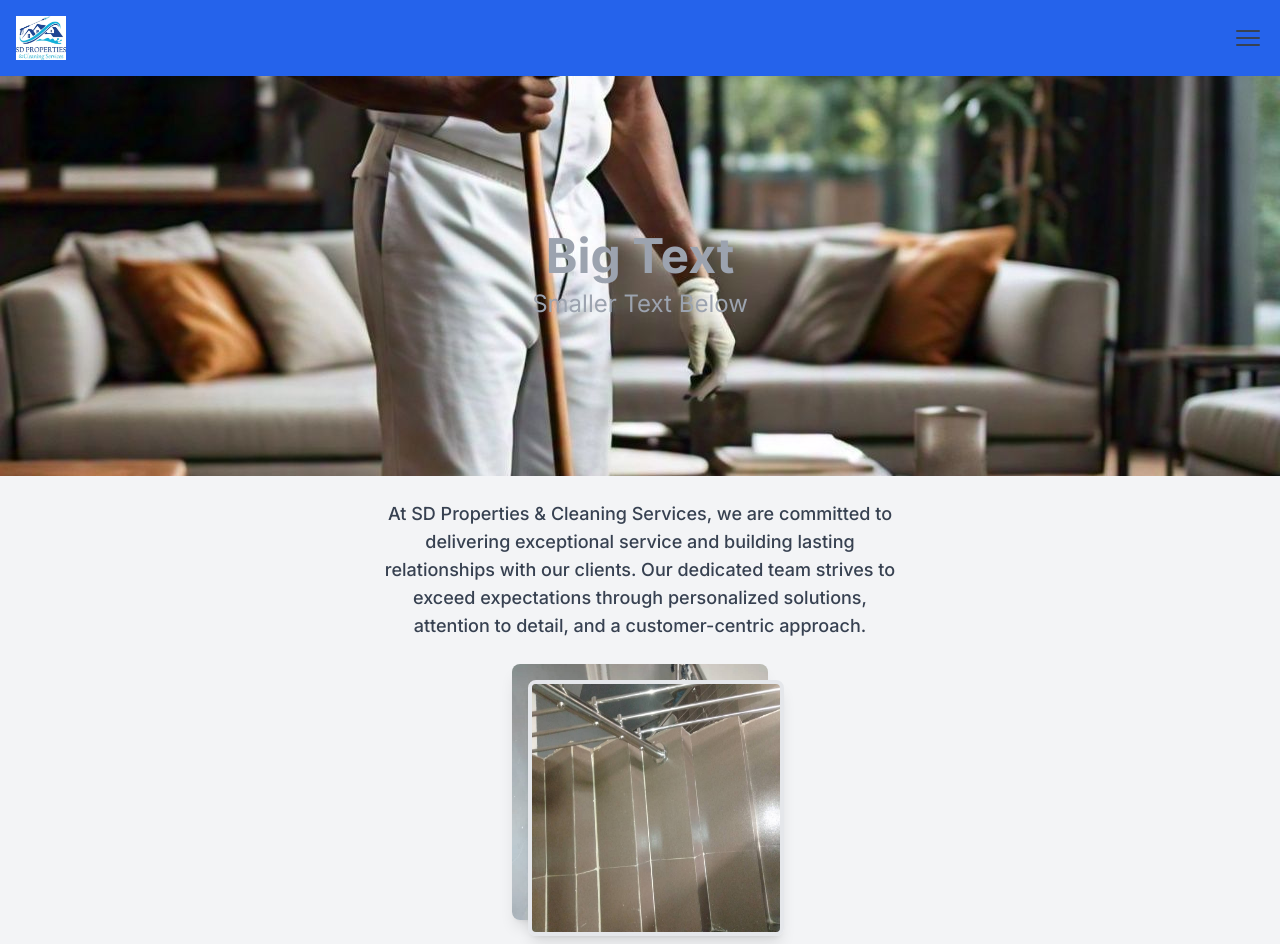
Repository: devmskhan/sdpropandclean
Page: /
An editor plug-in stored every save of this project. The page is shown before and after the next save, followed by the edit.
The browser window is 1280 px wide. The pictures show the whole page.
The project was rebuilt for these pictures with package versions that can differ from the ones it lists, and the page was loaded fresh each time. The framework's server and built-in components were replaced by stand-ins that run in the browser. Also part of the build but not shown: next.config.mjs.

Above is the page before, as saved 2024-09-03 11:44:17.

After the next save:
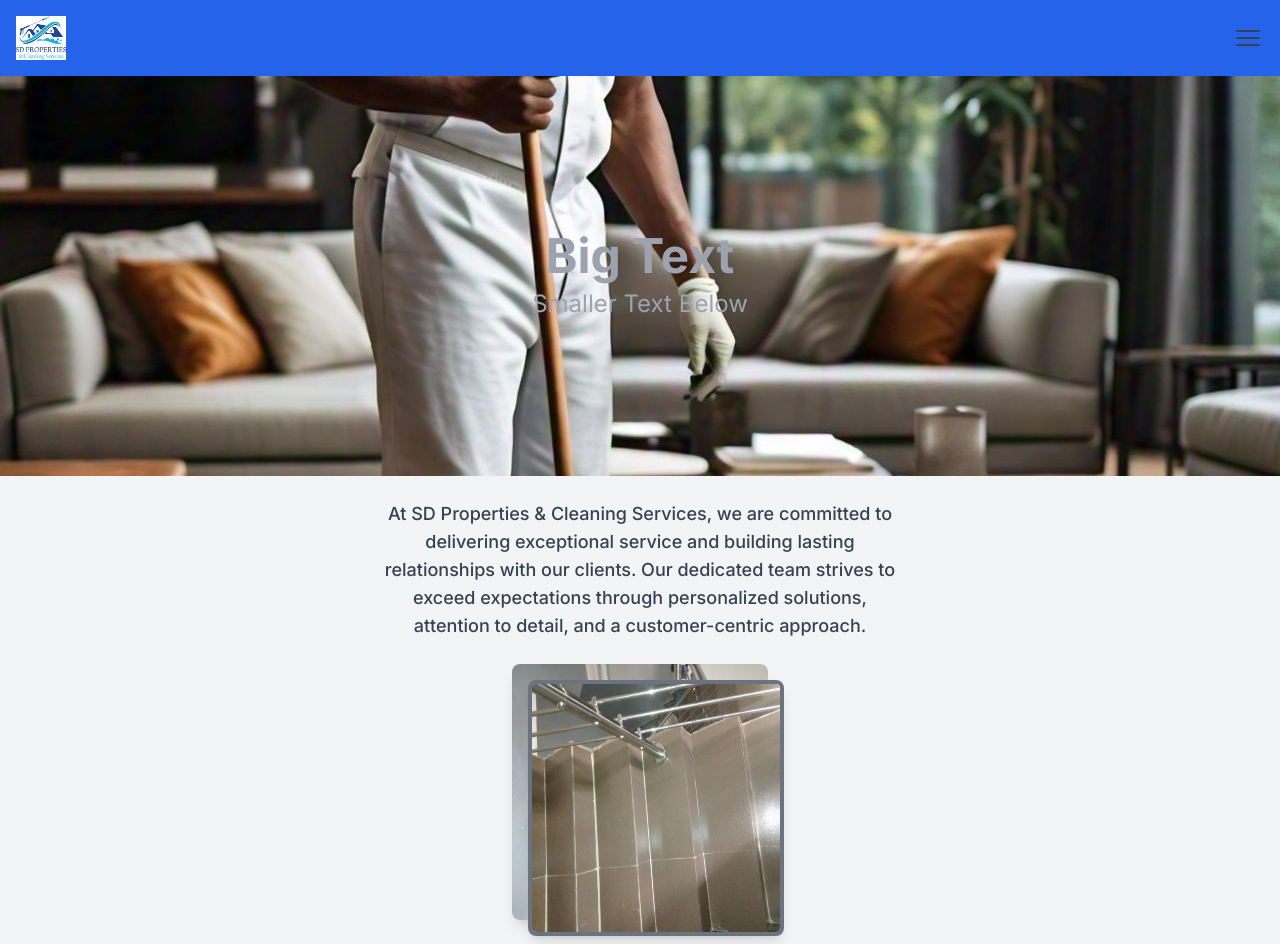
Saved 4 s later.
--- a/components/Body.tsx
+++ b/components/Body.tsx
@@ -30,7 +30,7 @@ function Body() {
   </div>
   <div className="relative mt-6">
     <img src="stairsb.jpg" alt="Top Image" className="w-64 h-64 rounded-lg shadow-lg" />
-    <img src="stairsaft.jpg" alt="Bottom Image" className="absolute bottom-0 left-0 w-64 h-64 rounded-lg shadow-lg transform translate-x-4 translate-y-4 ml-25 border border-gray- border-solid border-4" />
+    <img src="stairsaft.jpg" alt="Bottom Image" className="absolute bottom-0 left-0 w-64 h-64 rounded-lg shadow-lg transform translate-x-4 translate-y-4 ml-25 border border-gray-500 border-solid border-4" />
   </div>
 </div>
 
